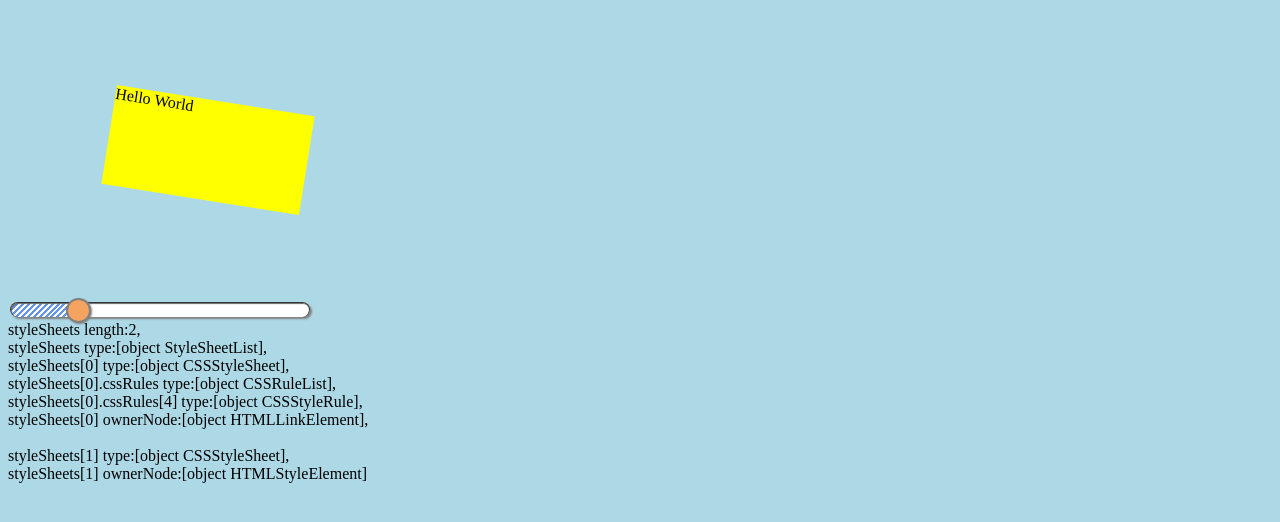
Repository: Jhin7782/HBuilder-Projects
Page: 【CSS】/动画/2d/transform/get-styleSheet.cssRules[i].style.html
These files come from the project's save history. The page is drawn as it stood at one moment and after the next save; the edit follows.
The browser window is 1280 px wide. The pictures show the whole page.

Above is the page before, as saved 2017-06-13 15:00:35.

After the next save:
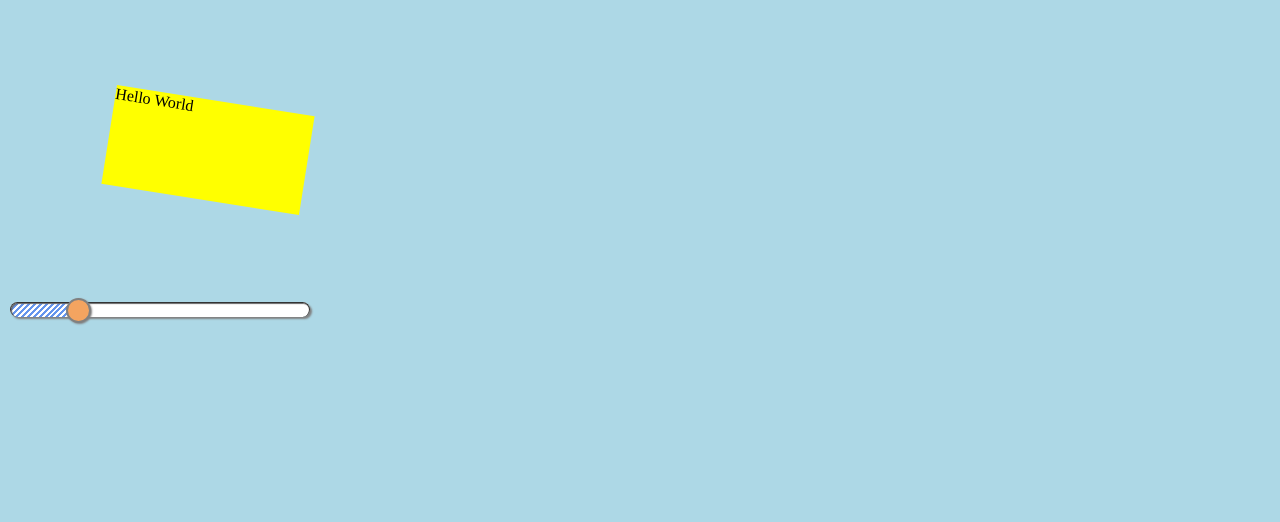
Console error: TypeError: Cannot read properties of undefined (reading 'cssRules')
Saved 10 s later.
--- a/【CSS】/动画/2d/transform/get-styleSheet.cssRules[i].style.html
+++ b/【CSS】/动画/2d/transform/get-styleSheet.cssRules[i].style.html
@@ -34,7 +34,7 @@
 			var styleSheets = document.styleSheets;
 //			var styleSheet0 = styleSheets[0];
 //			var styleSheet1 = styleSheets[1];
-			var styleSheet0 = document.getElementsByTagName('link')[0].sheet;
+			var styleSheet0 = document.getElementsByTagName('link')[0].stylesheet;
 			var styleSheet1 = document.getElementsByTagName('style')[0].sheet;
 			document.writeln(
 				" <br />styleSheets length:" + styleSheets.length +

After the save that followed:
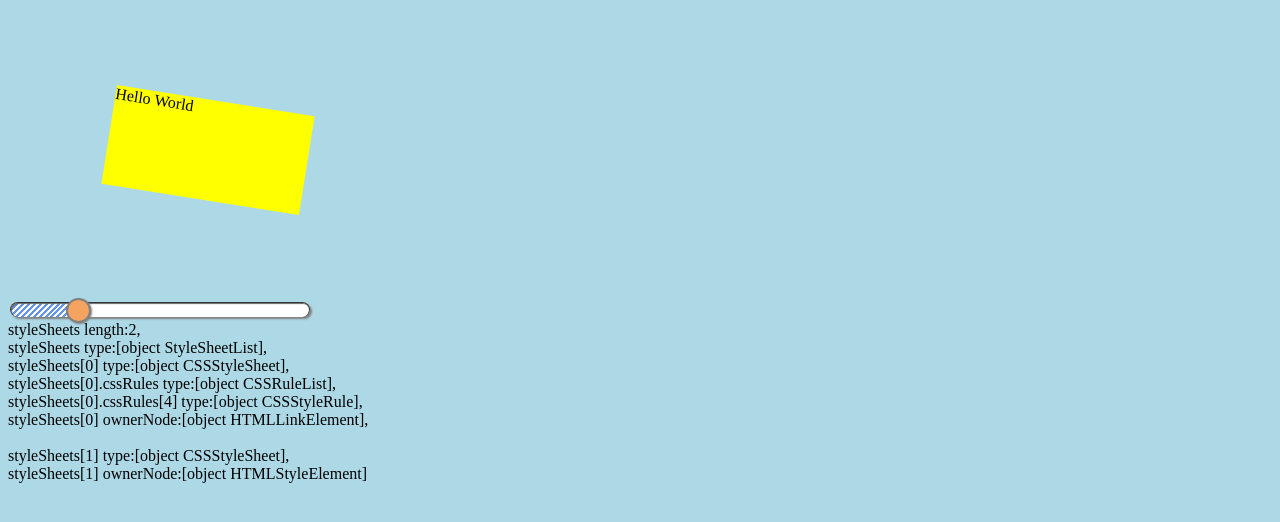
The error is gone.
Saved 18 s later.
--- a/【CSS】/动画/2d/transform/get-styleSheet.cssRules[i].style.html
+++ b/【CSS】/动画/2d/transform/get-styleSheet.cssRules[i].style.html
@@ -34,7 +34,7 @@
 			var styleSheets = document.styleSheets;
 //			var styleSheet0 = styleSheets[0];
 //			var styleSheet1 = styleSheets[1];
-			var styleSheet0 = document.getElementsByTagName('link')[0].stylesheet;
+			var styleSheet0 = document.getElementsByTagName('link')[0].sheet;
 			var styleSheet1 = document.getElementsByTagName('style')[0].sheet;
 			document.writeln(
 				" <br />styleSheets length:" + styleSheets.length +
